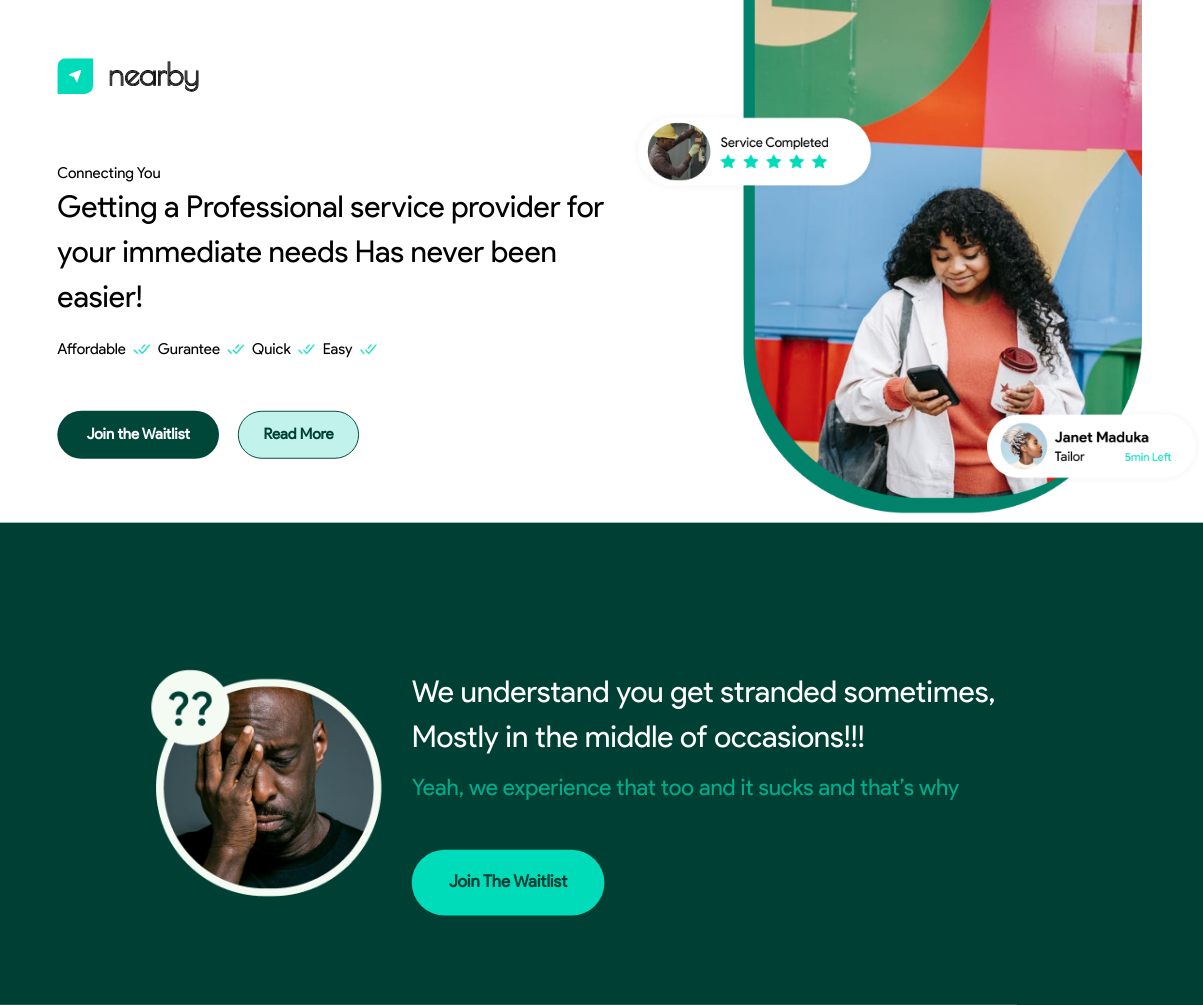
Repository: Eugene44-hub/Mearby
Page: /
The author's editor kept a copy of each file at every save. The page is drawn from the files as they stood at one save, then again after a run of saves.
The browser window is 1280 px wide. The pictures show the whole page, at 94% of full size.
The project was rebuilt for these pictures with package versions that can differ from the ones it lists, and the page was loaded fresh each time.

Above is the page before, as saved 2022-04-30 07:33:08.

After the next 3 saves:
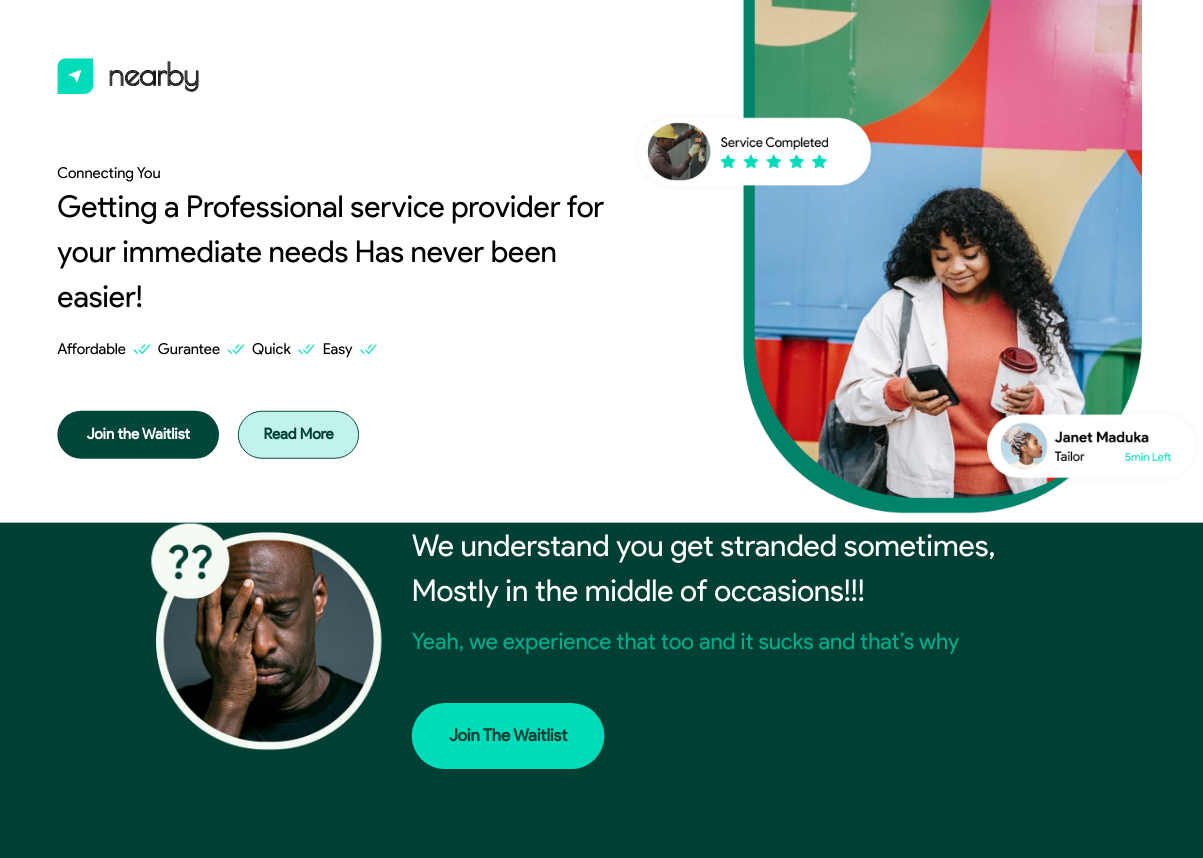
The 3 saves are shown as one change because they came seconds apart.
The last was saved 3 min 45 s later.
--- a/src/components/understand/Understand.tsx
+++ b/src/components/understand/Understand.tsx
@@ -4,7 +4,7 @@ import WaitLight from "../../components/Buttons/WaitLight"
 const Understand = () => {
   return (
     <div className='bg-[#004034]'>
- <div className='container  md:px-0 px-5 pt-[9.75rem]  md:pl-[61px] md:pr-[27px] md:flex justify-center  relative mt-[20rem]'>
+ <div className='container  md:px-0 px-5 pt-[9.75rem] md:pt-0  md:pl-[61px] md:pr-[27px] md:flex justify-center  relative mt-[20rem]'>
 
 <img src={understand} className=" absolute block md:hidden translate-x-[-50%] left-[50%] top-[-20%]" alt="understand" />
 <div className='md:block hidden mr-[2rem]'>
